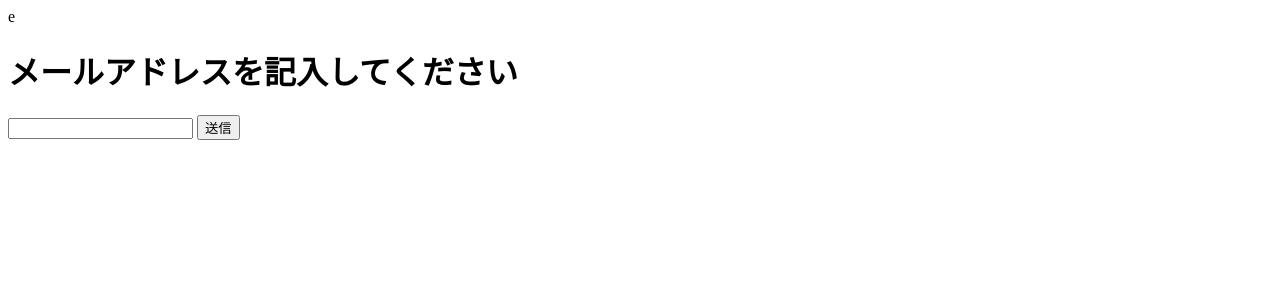
Repository: ryosuke-yamoto/BBS
Page: http://localhost/BBS_yamoto/View/Signup/mail_send.php
These files come from the project's save history. The page is drawn as it stood at one moment and after the next save; the edit follows.
The browser window is 1280 px wide. The pictures show the whole page.
The page is run by PHP 8.4 with error messages shown; the project is at /var/www/html/.

Above is the page before, as saved 2020-05-19 07:55:38.

After the next save:
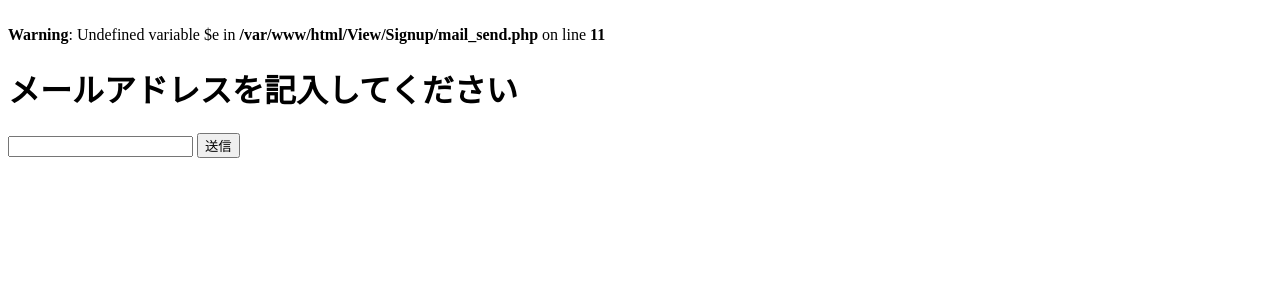
Saved 20 s later.
--- a/View/Signup/mail_send.php
+++ b/View/Signup/mail_send.php
@@ -8,7 +8,7 @@ $token = $_SESSION["token"];
 
 require_once( "../../Model/sign_up_model.php" );
 
-echo "e";
+echo $e;
 
 ?>
 
